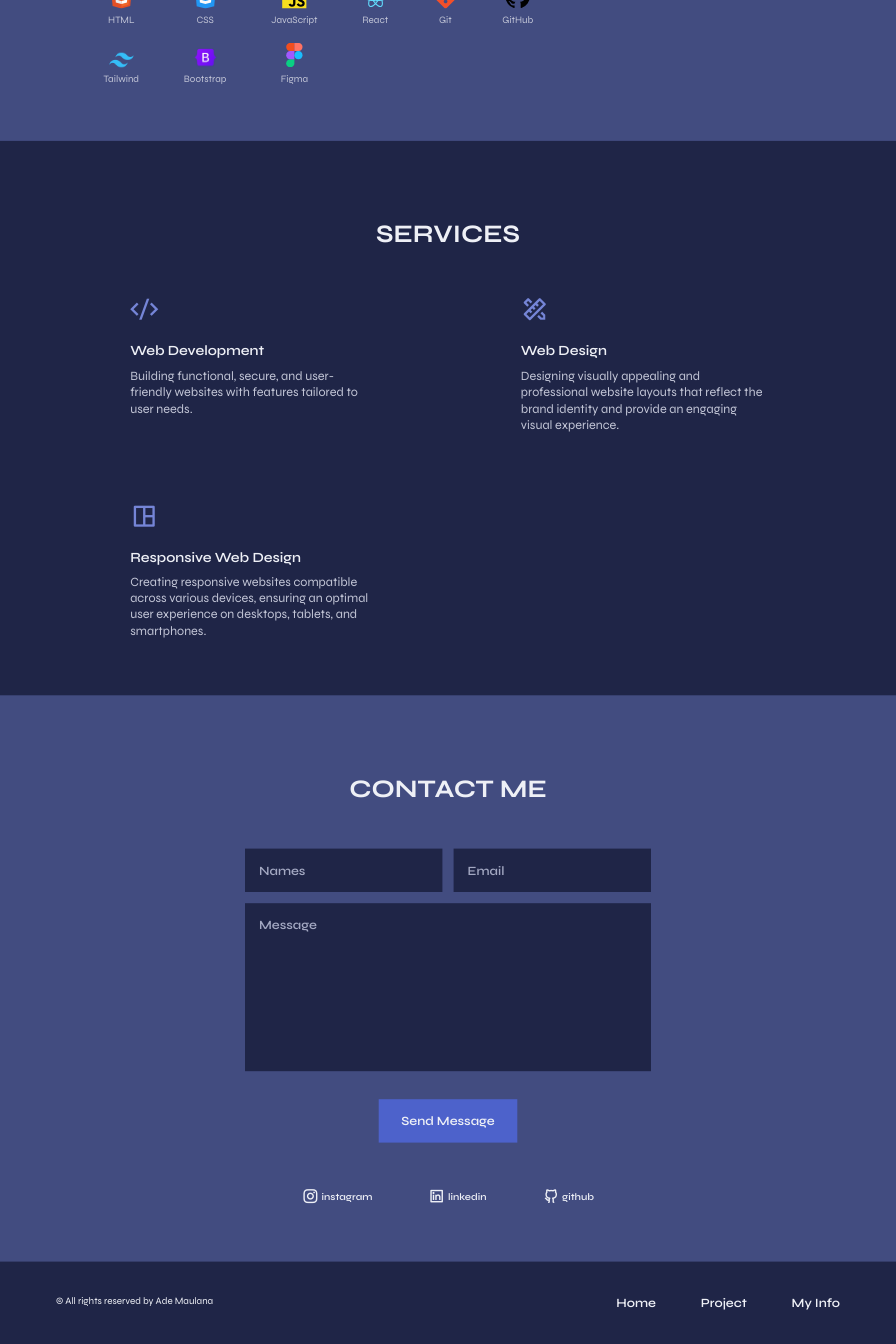
Repository: Ademaulana100499/amgrowth
Page: /
The author's editor kept a copy of each file at every save. The page is drawn from the files as they stood at one save, then again after the next save.
The browser window is 1280 px wide. The pictures show the part of the page from y = 4416 to 6336 px (the page is 6336 px tall), at 70% of full size.
Some web fonts or font styles are not loaded; a fallback is used. The project was rebuilt for these pictures with package versions that can differ from the ones it lists, and the page was loaded fresh each time. Also part of the build but not shown: vite.config.js.

Above is the page before, as saved 2024-12-05 21:13:53.

### index.html
<!doctype html>
<html lang="en">
  <head>
    <meta charset="UTF-8" />
    <meta name="viewport" content="width=device-width, initial-scale=1.0" />
    <title>AMgrowth</title>
    <link rel="shortcut icon" href="src/assets/img/Favicon.png" />
    <link
      href="https://cdn.jsdelivr.net/npm/remixicon/fonts/remixicon.css"
      rel="stylesheet"
    />

    <link
      rel="stylesheet"
      href="https://fonts.googleapis.com/css2?family=Kite+One&family=Oooh+Baby&family=Orelega+One&family=Poppins:ital,wght@0,100;0,200;0,300;0,400;0,500;0,600;0,700;0,800;0,900;1,100;1,200;1,300;1,400;1,500;1,600;1,700;1,800;1,900&family=Syne:wght@400..800&display=swap"
    />
  </head>
    <div id="root"></div>
    <script type="module" src="/src/main.jsx"></script>
    <script src="https://cdn.jsdelivr.net/npm/@emailjs/browser@4/dist/email.min.js"></script>
    <script src="https://unpkg.com/scrollreveal"></script>
  </body>
</html>

### src/App.jsx
import { Header } from "./components/Header";
import { Home } from "./components/Home";
import { Projects } from "./components/Projects";
import { Info } from "./components/Info";
import { Services } from "./components/Services";
import { Contact } from "./components/Contact";
import { Footer } from "./components/Footer";
import { Scroll } from "./components/Scroll";
import { useEffect } from "react";
function App() {
  useEffect(() => {
    const sr = ScrollReveal({
      origin: "top",
      distance: "60px",
      duration: 2500,
      delay: 400,
    });

    sr.reveal(".home__data, .experience, .skills, .contact__container");
    sr.reveal(".home__img", { delay: 500 });
    sr.reveal(".home__scroll", { delay: 700 });
    sr.reveal(".project__card, .services__card", { interval: 100 });
    sr.reveal(".about__content", { origin: "right" });
    sr.reveal(".about__img", { origin: "left" });

    return () => {
      sr.destroy();
    };
  }, []);
  const logo = {
    name: "AMgrowth",
    imageWhite: "./src/assets/img/Logo_White.png",
    imageBlack: "./src/assets/img/Logo_Black.png",
  };
  const navList = ["Home", "Project", "My Info", "Services", "Contact Me"];
  const imageHome = "./src/assets/img/Photo.png";
  const imageInfo = "./src/assets/img/Photo2.png";
  const footerCopy = "© All rights reserved by Ade Maulana";
  const biodata = {
    firstName: "Ade",
    lastName: "Maulana",
    profession: "Front-End Developer",
    description:
      "I am a Front-End Web Developer skilled in designing and building responsive, interactive web interfaces using HTML, CSS, and JavaScript. With experience in React.js, I focus on creating visually appealing and functional websites that enhance user experience across devices. I stay updated with the latest technologies to deliver creative and efficient solutions.",
    cv: "./src/assets/pdf/CV Ade Maulana.pdf",
  };
  const projects = [
    {
      id: 1,
      title: "To-Do List Website",
      description:
        "This To-Do List web application features a simple interface and dynamic functionality to help users manage their daily tasks with ease.",
      image: "./src/assets/img/to-do-list-web.png",
    },
    {
      id: 2,
      title: "Cafe Website",
      description:
        "This Cafe website provides an interactive platform for users to explore the menu, place orders, and learn more about the cafe’s offerings and services.",
      image: "./src/assets/img/cafe web.jpg",
    },
    {
      id: 3,
      title: "Movie Website",
      description:
        "This Movie website allows users to browse and discover a variety of movies, view details, and explore ratings and reviews.",
      image: "./src/assets/img/movies web.png",
    },
    {
      id: 4,
      title: "Blog Website",
      description:
        "This Blog website offers a platform for users to read, share, and comment on various articles, fostering a community of discussion and knowledge sharing.",
      image: "./src/assets/img/blog web.jpg",
    },
    {
      id: 5,
      title: "Fitness Website",
      description:
        "This Fitness website provides users with workout plans, nutrition tips, and progress tracking to help them achieve their fitness goals.",
      image: "./src/assets/img/fittnes web.avif",
    },
  ];
  const experience = [
    {
      id: 1,
      company: "PT. Victory Chingluh Indonesia",
      profession: "Shipping Officer",
      date: "12/2018 - 07/2024",
      description:
        "Experienced in managing delivery orders with high accuracy using Excel, monitoring stock through SAP, and improving operational efficiency and delivery coordination, with skills in logistics management, inventory, and effective communication.",
    },
    {
      id: 2,
      company: "PT Midi Utama Indonesia, Tbk",
      profession: "Sales Assistant",
      date: "06/2018 - 12/2018",
      description:
        "Experienced in delivering excellent customer service, providing clear product information, and staying updated on new products and promotions to boost customer satisfaction and engagement. Skilled in promoting products and exceeding sales targets through proactive interactions and recommendations, with a focus on teamwork and adaptability.",
    },
    {
      id: 3,
      company: "CV Radjawali",
      profession: "Printing Operator",
      date: "07/2017 - 05/2018",
      description:
        "Experienced in accurately preparing print files, ensuring consistent print quality, and reducing the need for reprints. Skilled in maintaining printing machines to enhance operational efficiency, minimize downtime, and boost productivity.",
    },
  ];
  const skills = [
    {
      id: 1,
      skill: "HTML",
      image: "./src/assets/img/html.svg",
    },
    {
      id: 2,
      skill: "CSS",
      image: "./src/assets/img/css.svg",
    },
    {
      id: 3,
      skill: "JavaScript",
      image: "./src/assets/img/javascript.svg",
    },
    {
      id: 4,
      skill: "React",
      image: "./src/assets/img/react.svg",
    },
    {
      id: 5,
      skill: "Git",
      image: "./src/assets/img/git.svg",
    },
    {
      id: 6,
      skill: "GitHub",
      image: "./src/assets/img/github.svg",
    },
    {
      id: 7,
      skill: "Tailwind",
      image: "./src/assets/img/tailwind.png",
    },
    {
      id: 8,
      skill: "Bootstrap",
      image: "./src/assets/img/bootstrap.png",
    },
    {
      id: 9,
      skill: "Figma",
      image: "./src/assets/img/figma.svg",
    },
  ];

  const services = [
    {
      id: 1,
      title: "Web Development",
      icon: "ri-code-s-slash-line",
      description:
        "Building functional, secure, and user-friendly websites with features tailored to user needs.",
    },
    {
      id: 2,
      title: "Web Design",
      icon: "ri-pencil-ruler-2-line",
      description:
        "Designing visually appealing and professional website layouts that reflect the brand identity and provide an engaging visual experience.",
    },
    {
      id: 3,
      title: "Responsive Web Design",
      icon: "ri-layout-2-line",
      description:
        "Creating responsive websites compatible across various devices, ensuring an optimal user experience on desktops, tablets, and smartphones.",
    },
  ];
  const socialMedia = [
    {
      id: 1,
      name: "instagram",
      icon: "ri-instagram-line",
      link: "https://www.instagram.com/ade_maulana._/",
    },
    {
      id: 2,
      name: "linkedin",
      icon: "ri-linkedin-box-line",
      link: "https://www.linkedin.com/in/ademaulana-/",
    },
    {
      id: 3,
      name: "github",
      icon: "ri-github-line",
      link: "https://github.com/Ademaulana100499",
    },
  ];

  return (
    <div>
      <Header logo={logo} navList={navList} />
      <main>
        <Home imageHome={imageHome} biodata={biodata} />
        <Projects projects={projects} />
        <Info
          imageInfo={imageInfo}
          biodata={biodata}
          experience={experience}
          skills={skills}
        />
        <Services services={services} />
        <Contact socialMedia={socialMedia} />
      </main>
      <Footer navList={navList} footerCopy={footerCopy} />
      <Scroll />
    </div>
  );
}

export default App;

### src/components/Home/index.jsx
import "./style.css";
export const Home = (props) => {
  const { imageHome, biodata } = props;
  return (
    <section className="home section" id="home">
      <div className="container grid home__container">
        <img
          id="image_home"
          src={imageHome}
          alt="image"
          className="home__img"
        />
        <div className="home__data">
          <h1 className="home__name">
            {biodata.firstName} <br /> {biodata.lastName}
          </h1>
          <h3 className="home__profession">{biodata.profession}</h3>
        </div>
        <a href="#project" className="home__scroll">
          <div className="home__scroll-box">
            <i className="ri-arrow-down-line"></i>
          </div>
          <span className="home__scroll-text">Recent Project</span>
        </a>
      </div>
    </section>
  );
};

### src/components/Projects/index.jsx
import "./style.css";
export const Projects = (props) => {
  const { projects } = props;
  return (
    <section className="project section" id="project">
      <h2 className="section__title">RECENT PROJECT</h2>
      <div className="grid container project__container">
        {projects.map((item) => (
          <article className="project__card" key={item.id}>
            <a
              href={item.link}
              target="_blank"
              className="project__overlay"
            ></a>
            <a href={item.link} target="_blank" className="project__link">
              <h2 className="project__title">{item.title}</h2>
              <p className="project__description">{item.description}</p>
              <img src={item.image} alt="image" className="project__img" />
              <i className="ri-arrow-right-line"> </i>
            </a>
          </article>
        ))}
      </div>
    </section>
  );
};

### src/components/Info/index.jsx
import "./style.css";
export const Info = (props) => {
  const { imageInfo, biodata, experience, skills } = props;
  return (
    <section className="info section" id="my info">
      <h2 className="section__title">MY INFO</h2>
      <div className="container grid info__container">
        <div className="grid about">
          <div className="about__content">
            <h3 className="info__title">About Me</h3>
            <p className="about__description">{biodata.description}</p>
            <a
              href={biodata.cv}
              target="_blank"
              className="button about__button"
            >
              Download CV
            </a>
          </div>

          <img
            id="image_about"
            src={imageInfo}
            alt="image"
            className="about__img"
          />
        </div>
        <div className="experience">
          <h3 className="info__title">Experience</h3>
          <div className="grid experience__content">
            {experience.map((item, index) => (
              <div key={index} className="grid experience__data">
                <h2 className="experience__company">{item.company}</h2>
                <div>
                  <h3 className="experience__professsion">{item.profession}</h3>
                  <span className="experience__date">{item.date}</span>
                  <p className="experience__description">{item.description}</p>
                </div>
              </div>
            ))}
          </div>
        </div>
        <div className="skills">
          <h3 className="info__title">Skills</h3>
          <div className="grid skills__content">
            {skills.map((item, index) => (
              <div key={index} className="skills__box">
                <img src={item.image} alt="image" className="skills__img" />
                <span className="skills__name">{item.skill}</span>
              </div>
            ))}
          </div>
        </div>
      </div>
    </section>
  );
};

### src/components/Services/index.jsx
import "./style.css";
export const Services = (props) => {
  const { services } = props;
  return (
    <section className="services section" id="services">
      <h2 className="section__title">SERVICES</h2>
      <div className="container grid services__container">
        {services.map((item) => (
          <article className="services__card" key={item.id}>
            <i className={`services__icon ${item.icon}`}></i>
            <h3 className="services__title">{item.title}</h3>
            <p className="services__description">{item.description}</p>
          </article>
        ))}
      </div>
    </section>
  );
};

### src/components/Footer/index.jsx
import "./style.css";
export const Footer = (props) => {
  const { navList, footerCopy } = props;
  return (
    <footer className="footer" id="footer">
      <div className="container grid footer__container">
        <ul className="footer__links">
          <li>
            <a href="#home" className="footer__link">
              {navList[0]}
            </a>
          </li>
          <li>
            <a href="#project" className="footer__link">
              {navList[1]}
            </a>
          </li>
          <li>
            <a href="#info" className="footer__link">
              {navList[2]}
            </a>
          </li>
        </ul>
        <span className="footer__copy">{footerCopy}</span>
      </div>
    </footer>
  );
};

### src/components/Scroll/index.jsx
import React, { useEffect } from "react";
import "./style.css";

export const Scroll = () => {
  useEffect(() => {
    const scrollUp = () => {
      const scrollUp = document.getElementById("scroll-up");
      if (window.scrollY >= 350) {
        scrollUp.classList.add("show-scroll");
      } else {
        scrollUp.classList.remove("show-scroll");
      }
    };
    window.addEventListener("scroll", scrollUp);
    return () => {
      window.removeEventListener("scroll", scrollUp);
    };
  }, []);

  return (
    <a href="#" className="scrollup" id="scroll-up">
      <i className="ri-arrow-up-line"></i>
    </a>
  );
};

### src/components/Projects/style.css
/* Project */
.project {
  background-color: var(--container-color);
}
.project__card {
  background-color: var(--first-color);
}
.project__img {
  width: 100%;
}
.project__link {
  display: block;
  position: relative;
  background-color: var(--body-color);
  padding: 2rem 1.5rem 1.5rem 1.5rem;
  color: var(--text-color);
  transition: transform 0.4s;
}
.project__title {
  font-size: var(--h3-font-size);
  margin-bottom: 0.75rem;
}

.project__description {
  margin-bottom: 1.5rem;
}
.project__link i {
  position: absolute;
  top: 1.8rem;
  right: 1.5rem;
  font-size: 1.5rem;
  color: var(--first-color-light);
  transition: transform 0.4s;
}
.project__link:hover {
  transform: translateY(-0.35rem);
}

.project__link:hover i {
  transform: translateX(0.5rem);
}

/* BREAKPOINTS */

/* For medium devices */
@media screen and (min-width: 540px) {
  .project__container {
    grid-template-columns: 350px;
    justify-content: center;
  }
}

@media screen and (min-width: 768px) {
  .project__container {
    grid-template-columns: repeat(2, 390px);
  }
}

/* for large devices */
@media screen and (min-width: 1150px) {
  .section__title {
    margin-bottom: 4rem;
  }
  .project__container {
    grid-template-columns: repeat(2, 540px);
    gap: 2.5rem;
  }
  .project__link {
    padding: 3rem 3rem 2rem;
  }
  .project__title {
    font-size: var(--h2-font-size);
    margin-bottom: 1rem;
  }
  .project__link i {
    font-size: 2rem;
  }
}

### src/components/Services/style.css
/* SERVICES */
.services {
  background-color: var(--container-color);
}
.services__container {
  row-gap: 2rem;
}

.services__icon {
  display: block;
  color: var(--first-color-light);
  font-size: 2rem;
  margin-bottom: 1dvb;
}

.services__title {
  font-size: var(--h3-font-size);
  margin-bottom: 0.75rem;
}

/* BREAKPOINTS */

/* For small devices */
@media screen and (max-width: 300px) {
  .container {
    margin-inline: 1rem;
  }
}

/* For medium devices */
@media screen and (min-width: 540px) {
  .services__container {
    grid-template-columns: 350px;
    justify-content: center;
  }
}

@media screen and (min-width: 768px) {
  .services__container {
    grid-template-columns: repeat(2, 320px);
  }
}

/* for large devices */
@media screen and (min-width: 1150px) {
  .container {
    margin-inline: auto;
  }
  .section {
    padding-block: 7rem 5rem;
  }
  .section__title {
    margin-bottom: 4rem;
  }

  .services__container {
    grid-template-columns: repeat(2, 350px);
    gap: 6rem 13rem;
  }
  .services__icon {
    font-size: 2.5rem;
    margin-bottom: 1.5rem;
  }
}

### src/components/Contact/style.css
/* CONTACT */
.contact__container {
  row-gap: 4rem;
}

.contact__group,
.contact__form {
  gap: 1rem;
}

.contact__form {
  position: relative;
}

.contact__input {
  padding: 1.25rem;
  background-color: var(--container-color);
  color: var(--title-color);
  font-weight: var(--font-semi-bold);
}
.contact__input::placeholder {
  color: var(--text-color-light);
}
.contact__area {
  height: 10rem;
  resize: none;
}
.contact__button {
  margin-top: 1rem;
  cursor: pointer;
}
.contact__social {
  grid-template-columns: repeat(2, max-content);
  justify-content: center;
  column-gap: 3rem;
}

.contact__social-link {
  color: var(--title-color);
  display: inline-flex;
  column-gap: 0.25rem;
  align-items: center;
  transition: color 0.4s;
}
.contact__social-link i {
  font-size: 1.5rem;
}
.contact__social-link span {
  font-size: var(--small-font-size);
  font-weight: var(--font-semi-bold);
}
.contact__social-link:hover {
  color: var(--first-color-light);
}

.contact__message {
  position: absolute;
  left: 0;
  bottom: -2rem;
  font-size: var(--small-font-size);
  font-weight: var(--font-semi-bold);
  color: var(--title-color);
}

/* BREAKPOINTS */

/* For small devices */
@media screen and (max-width: 300px) {
  .container {
    margin-inline: 1rem;
  }
}

/* For medium devices */
@media screen and (min-width: 540px) {
  .contact__container {
    grid-template-columns: 350px;
    justify-content: center;
  }
  .contact__social {
    grid-template-columns: repeat(3, max-content);
    column-gap: 5rem;
  }
}

/* for large devices */
@media screen and (min-width: 1150px) {
  .container {
    margin-inline: auto;
  }
  .section {
    padding-block: 7rem 5rem;
  }
  .section__title {
    margin-bottom: 4rem;
  }

  .contact__container {
    grid-template-columns: 580px;
  }
  .contact__group {
    grid-template-columns: repeat(2, 1fr);
  }
  .contact__area {
    height: 15rem;
  }
  .contact__button {
    width: max-content;
    justify-self: center;
    margin-top: 1.5rem;
  }
  .contact__message {
    bottom: 4.5rem;
  }
  .contact__social {
    grid-template-columns: repeat(3, max-content);
    column-gap: 5rem;
  }
}

### src/components/Footer/style.css
/* FOOTER */
.footer {
  background-color: var(--container-color);
}

.footer__container {
  row-gap: 3rem;
  padding-block: 3rem 2rem;
}

.footer__links {
  display: flex;
  justify-content: center;
  column-gap: 2.5rem;
}
.footer__link {
  font-weight: var(--font-semi-bold);
  color: var(--title-color);
  transition: color 0.4s;
}
.footer__link:hover {
  color: var(--first-color-light);
}
.footer__copy {
  font-size: var(--small-font-size);
  color: var(--title-color);
  text-align: center;
}

/* BREAKPOINTS */

/* For small devices */
@media screen and (max-width: 300px) {
  .container {
    margin-inline: 1rem;
  }
}

/* for large devices */
@media screen and (min-width: 1150px) {
  .container {
    margin-inline: auto;
  }
  .section {
    padding-block: 7rem 5rem;
  }

  .footer__container {
    padding-block: 3rem;
    grid-template-columns: repeat(2, max-content);
    justify-content: space-between;
  }
  .footer__links {
    column-gap: 4rem;
    order: 1;
  }
  .scrollup {
    right: 3rem;
  }
}

### src/components/Scroll/style.css
/* SCROLL BAR */
::-webkit-scrollbar {
  width: 0.6rem;
  background-color: hsl(var(--hue), 20%, 20%);
}
::-webkit-scrollbar-thumb {
  background-color: hsl(var(--hue), 20%, 30%);
}
::-webkit-scrollbar-thumb:hover {
  background-color: hsl(var(--hue), 20%, 40%);
}

/* SCROLL UP */
.scrollup {
  position: fixed;
  right: 1rem;
  bottom: -50%;
  background-color: var(--container-color);
  padding: 6px;
  color: var(--title-color);
  display: inline-flex;
  font-size: 1.25rem;
  box-shadow: 0 4px 12px hsla(var(--hue), 30%, 8%, 0.3);
  z-index: var(--z-tooltip);
  transition: bottom 0.4s, transform 0.4s;
}
.scrollup:hover {
  transform: translateY(-0.5rem);
}

/* SHOW SCROLL */
.show-scroll {
  bottom: 3rem;
}

/* BREAKPOINTS */

@media screen and (min-width: 1150px) {
  .scrollup {
    right: 3rem;
  }
}

Loaded but not shown: src/main.jsx (common file); src/components/Header/style.css (330 lines, source omitted); src/components/Header/index.jsx (126 lines, source omitted); src/components/Info/style.css (186 lines, source omitted); src/index.css (154 lines, source omitted); src/components/Home/style.css (132 lines, source omitted); src/components/Contact/index.jsx (82 lines, source omitted)

After the next save:
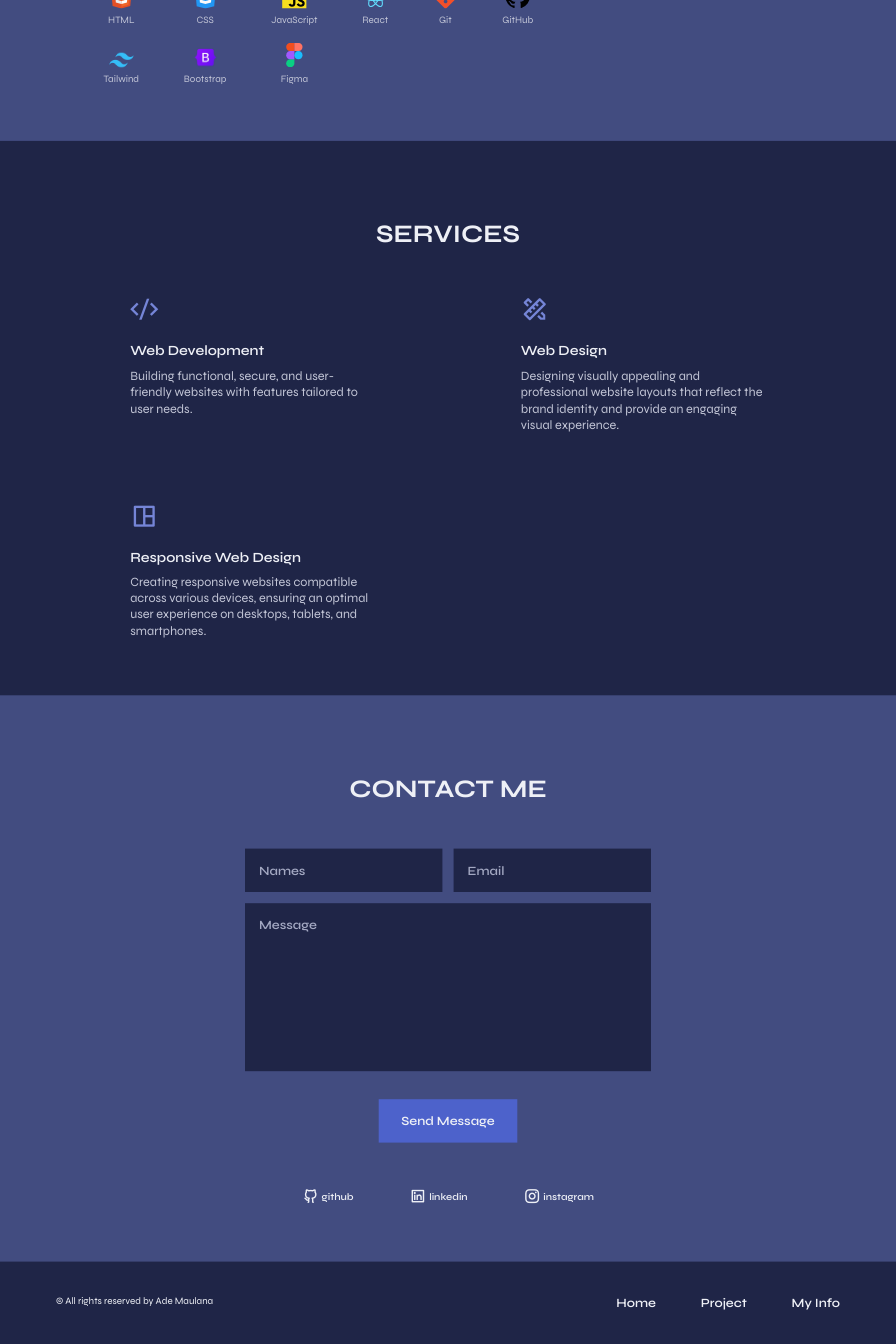
Saved 12 h 29 min later.
--- a/src/App.jsx
+++ b/src/App.jsx
@@ -181,21 +181,21 @@
   const socialMedia = [
     {
       id: 1,
+      name: "github",
+      icon: "ri-github-line",
+      link: "https://github.com/Ademaulana100499",
+    },
+    {
+      id: 2,
+      name: "linkedin",
+      icon: "ri-linkedin-box-line",
+      link: "https://www.linkedin.com/in/ademaulana-/",
+    },
+    {
+      id: 3,
       name: "instagram",
       icon: "ri-instagram-line",
       link: "https://www.instagram.com/ade_maulana._/",
-    },
-    {
-      id: 2,
-      name: "linkedin",
-      icon: "ri-linkedin-box-line",
-      link: "https://www.linkedin.com/in/ademaulana-/",
-    },
-    {
-      id: 3,
-      name: "github",
-      icon: "ri-github-line",
-      link: "https://github.com/Ademaulana100499",
     },
   ];
 
